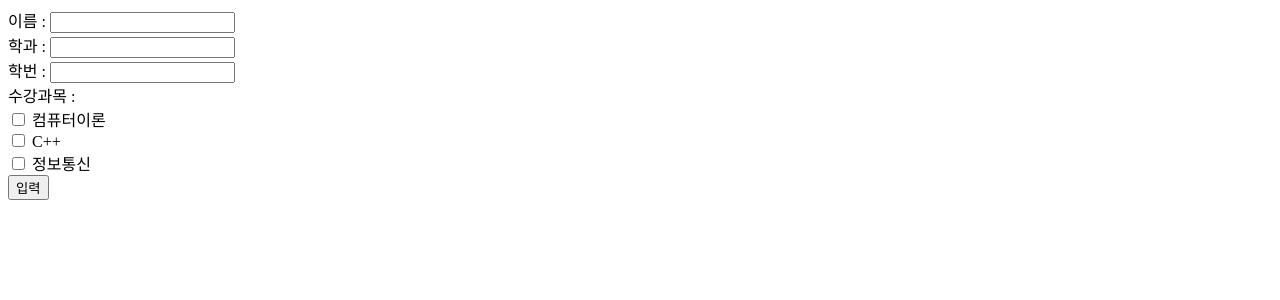
Repository: GitOnibi/jsp
Page: http://localhost/JSPprojec/school/stu_input.jsp
An editor plug-in stored every save of this project. The page is shown before and after the next save, followed by the edit.
The browser window is 1280 px wide. The pictures show the whole page.
The page is served by Tomcat 9. Other server files are loaded and not shown.

Above is the page before, as saved 2019-01-07 12:56:15.

### JSPprojec/WebContent/school/stu_input.jsp
<%@ page language="java" contentType="text/html; charset=UTF-8" pageEncoding="UTF-8"%>
<!DOCTYPE html>
<html>
<head>
<meta charset="UTF-8">
<title>Insert title here</title>
</head>
<body>
	<form action="score_check.jsp" method="GET">
		이름 : <input type="text" name="stu_name" id="stu_name"/><br />
		학과 : <input type="text" name="dep_name" id="dep_name"/><br />
		학번 : <input type="number" name="stu_num" id="stu_num"/><br />
		수강과목 : <br />
		<input type="checkbox" name="dep_ck1"/> 컴퓨터이론<br />
		<input type="checkbox" name="dep_ck2"/> C++<br />
		<input type="checkbox" name="dep_ck3"/> 정보통신<br />
		<input type="submit" value="입력"/>
	</form>
</body>
</html>

After the next save:
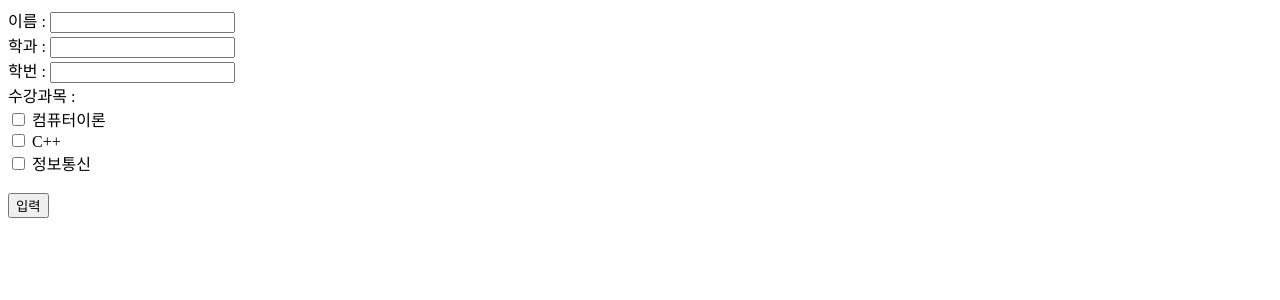
Saved 8 s later.
--- a/JSPprojec/WebContent/school/stu_input.jsp
+++ b/JSPprojec/WebContent/school/stu_input.jsp
@@ -13,7 +13,7 @@
 		수강과목 : <br />
 		<input type="checkbox" name="dep_ck1"/> 컴퓨터이론<br />
 		<input type="checkbox" name="dep_ck2"/> C++<br />
-		<input type="checkbox" name="dep_ck3"/> 정보통신<br />
+		<input type="checkbox" name="dep_ck3"/> 정보통신<br /><br />
 		<input type="submit" value="입력"/>
 	</form>
 </body>
